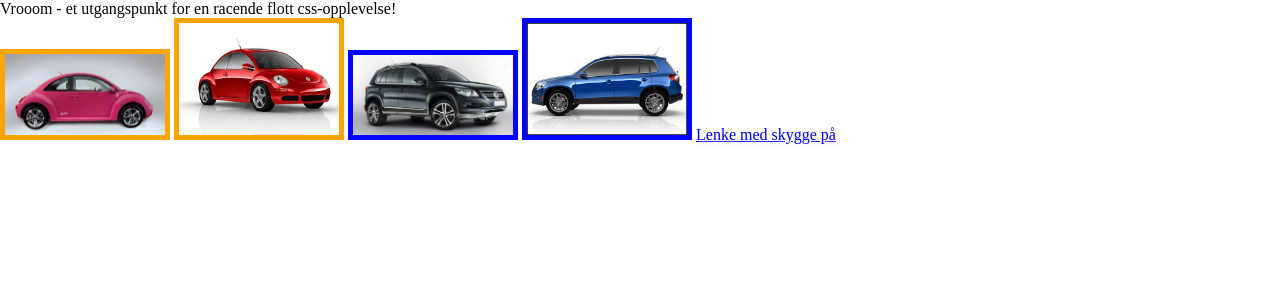
Repository: mesan/css-kurs
Page: kode/wroom/index.html
The author's editor kept a copy of each file at every save. The page is drawn from the files as they stood at one save, then again after the next save.
The browser window is 1280 px wide. The pictures show the whole page.

Above is the page before, as saved 2013-01-17 11:25:58.

### kode/wroom/index.html
<!DOCTYPE html>
<html lang="en">
	<head>
		<meta charset="utf-8" />
		<link rel="stylesheet" type="text/css" href="styles/reset.css"/>
		<link rel="stylesheet" type="text/css" href="styles/examples.css"/>

		<!-- Always force latest IE rendering engine (even in intranet) & Chrome Frame
		Remove this if you use the .htaccess -->
		<meta http-equiv="X-UA-Compatible" content="IE=edge,chrome=1" />

		<title>Vrooom!</title>
		<meta name="description" content="" />
		<meta name="viewport" content="width=device-width; initial-scale=1.0" />

	</head>

	<body>
		<div>
			<header>
				<h1>Vrooom - et utgangspunkt for en racende flott css-opplevelse!</h1>
			</header>

			<div>
				<!--fjernes-->
				<img src="images/volkswagen-beetle-pink.jpg" />
				<img src="images/volkswagen-beetle-red.jpg" />
				<img src="images/volkswagen-tiguan-nero.jpg" />
				<img src="images/volkswagen-tiguan.jpg" />

				<a href="#">Lenke med skygge på</a>
			</div>

			<footer>
				<p>

				</p>
			</footer>
		</div>
	</body>
</html>

### kode/wroom/styles/reset.css
@charset "utf-8";
/* --------------------------------------------------------------
-----------------------------------------------------------------

	DEFINITIONS: HTML5 DOCTOR
	AUTHOR:      HTML5 DOCTOR
	VERSION:     2012-02-20

/*  RESET
-----------------------------------------------------------------------------------------------
===============================================================================================*/
/* http://meyerweb.com/eric/tools/css/reset/ */
html,body,div,span,applet,object,iframe,h1,h2,h3,h4,h5,h6,p,blockquote,pre,a,abbr,acronym,address,big,cite,code,del,dfn,em,img,ins,kbd,q,s,samp,small,strike,strong,sub,sup,tt,var,b,u,i,center,dl,dt,dd,ol,ul,li,fieldset,form,label,legend,table,caption,tbody,tfoot,thead,tr,th,td,article,aside,canvas,details,figcaption,figure,footer,header,hgroup,menu,nav,section,summary,time,mark,audio,video{
  margin:0;
  padding:0;
  border:0;
  outline:0;
  font-size:100%;
  font:inherit;
  vertical-align:baseline;
}
/* HTML5 display-role reset for older browsers */
article,aside,details,figcaption,figure,footer,header,hgroup,menu,nav,section{
  display:block;
}
nav ul{
  list-style:none;
}
table{
  border-collapse:collapse;
  border-spacing:0;
}

### kode/wroom/styles/examples.css
/***************
 * CSS3-selectors
 ***************/

/*Velger alle img-elementer på siden hvis src-atributt starter med "images"*/
img[src^="images"]{
	border: 5px solid orange;
}

/*Velger alle img-elementer på siden hvis src-atributt inneholder "tiguan"*/
img[src*="tiguan"]{
    border: 5px solid blue;
}

/*Velger alle img-elementer på siden hvis src-atributt slutter på ".jpg" */
img[src$=".jpg"]{
    width: 10em;
}

/*Velger alle a-elementer på siden hvis href-atributt inneholder  "#" */
/* text-shadow med verdiene i rekkefølgen:
 ** horisontal plassering (kan være negativ)
 ** vertikal plassering (kan være negativ)
 ** blur (valgfri)
 ** farge */
a[href*="#"]{
    text-shadow: 2px 2px 5px #EBEBEB;
}

After the next save:
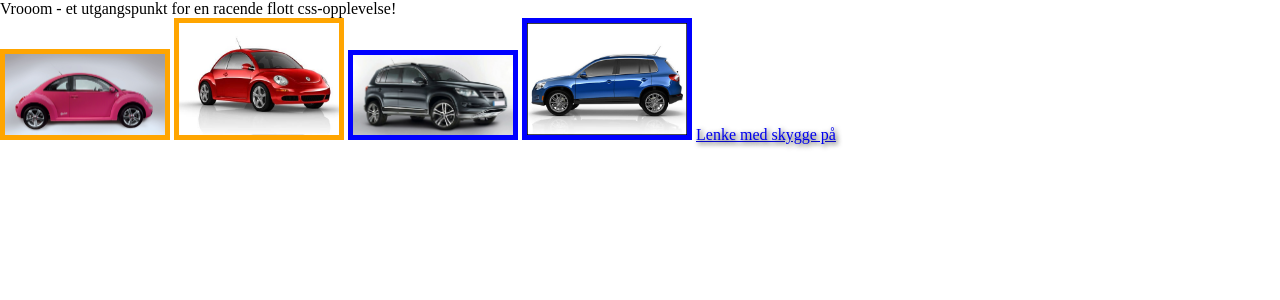
Saved 41 s later.
--- a/kode/wroom/styles/examples.css
+++ b/kode/wroom/styles/examples.css
@@ -24,5 +24,5 @@ img[src$=".jpg"]{
  ** blur (valgfri)
  ** farge */
 a[href*="#"]{
-    text-shadow: 2px 2px 5px #EBEBEB;
+    text-shadow: 2px 2px 5px #2F2F2F;
 }
